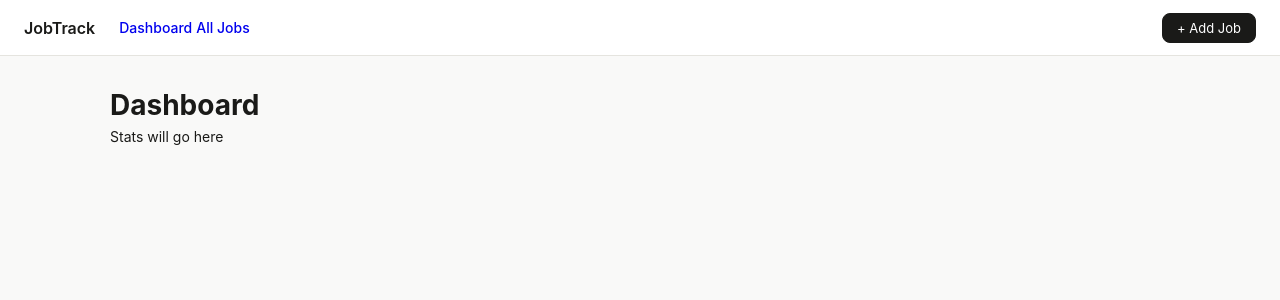
Repository: adtm0/jobtracker
Page: /dashboard (app in frontend/)
An editor plug-in stored every save of this project. The page is shown before and after the next save, followed by the edit.
The browser window is 1280 px wide. The pictures show the whole page.
The project was rebuilt for these pictures with package versions that can differ from the ones it lists, and the page was loaded fresh each time. Also part of the build but not shown: frontend/vite.config.js, frontend/src/pages/Login.jsx, frontend/src/pages/Register.jsx, frontend/src/pages/Jobs.jsx, frontend/src/pages/JobForm.jsx.

Above is the page before, as saved 2026-04-19 18:06:05.

After the next save:
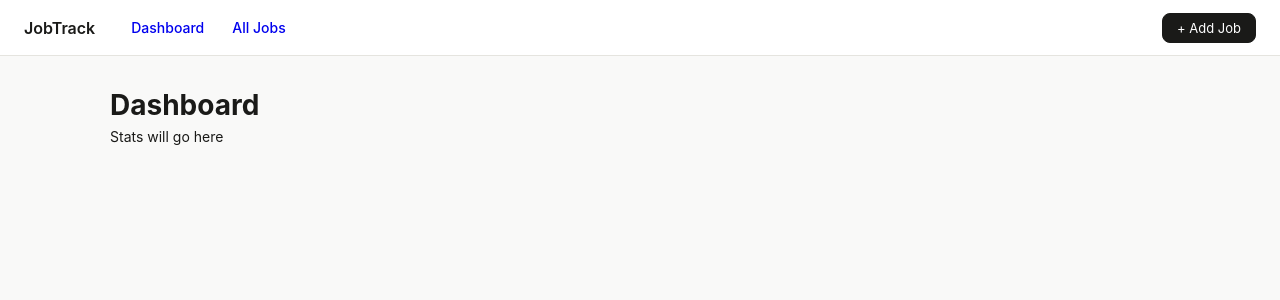
Saved 7 s later.
--- a/frontend/src/components/Navbar.jsx
+++ b/frontend/src/components/Navbar.jsx
@@ -43,4 +43,5 @@ const linkStyle = ({ isActive }) => ({
   textDecoration: "none",
   fontSize: 14,
   fontWeight: 500,
+  padding: '6px 12px'
 });
